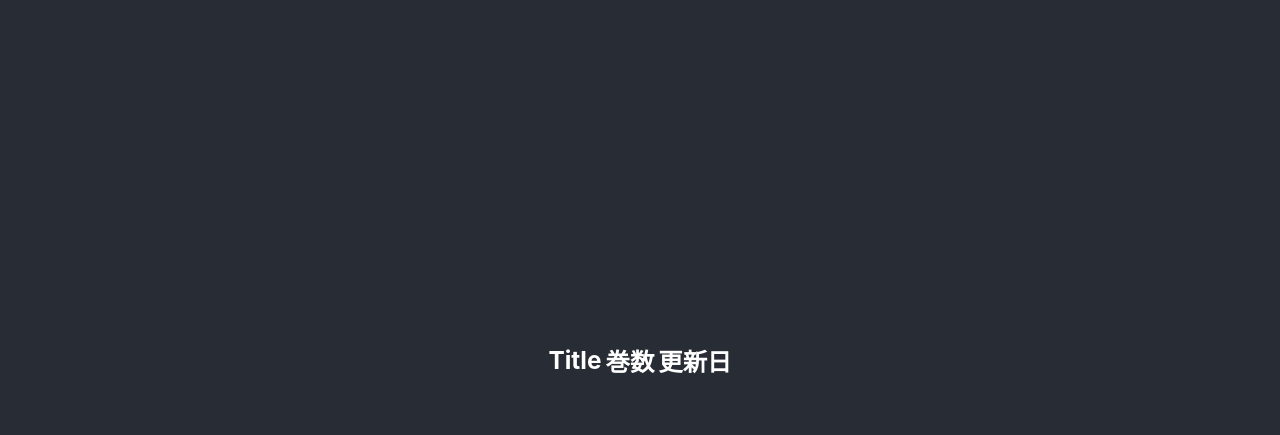
Repository: shotanobukuni/BooksManage
Page: / (app in frontend/app/)
These files come from the project's save history. The page is drawn as it stood at one moment and after the next save; the edit follows.
The browser window is 1280 px wide. The pictures show the whole page.
The page's requests for data from a server got no answer. The project was rebuilt for these pictures with package versions that can differ from the ones it lists, and the page was loaded fresh each time. No one was signed in, and anything a server would have sent is missing.

Above is the page before, as saved 2021-02-23 22:50:33.

After the next save:
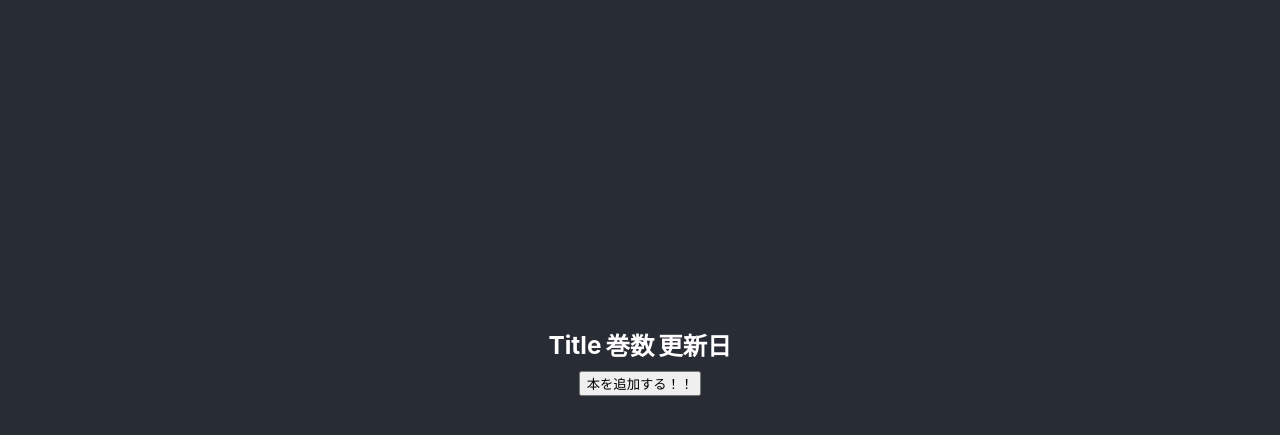
Saved 86 s later.
--- a/frontend/app/src/components/CreateNewBook.js
+++ b/frontend/app/src/components/CreateNewBook.js
@@ -3,7 +3,7 @@ import React from 'react'
 const CreateNewBook = () => {
     return (
         <div>
-
+            <button>本を追加する！！</button>
         </div>
     )
 }
